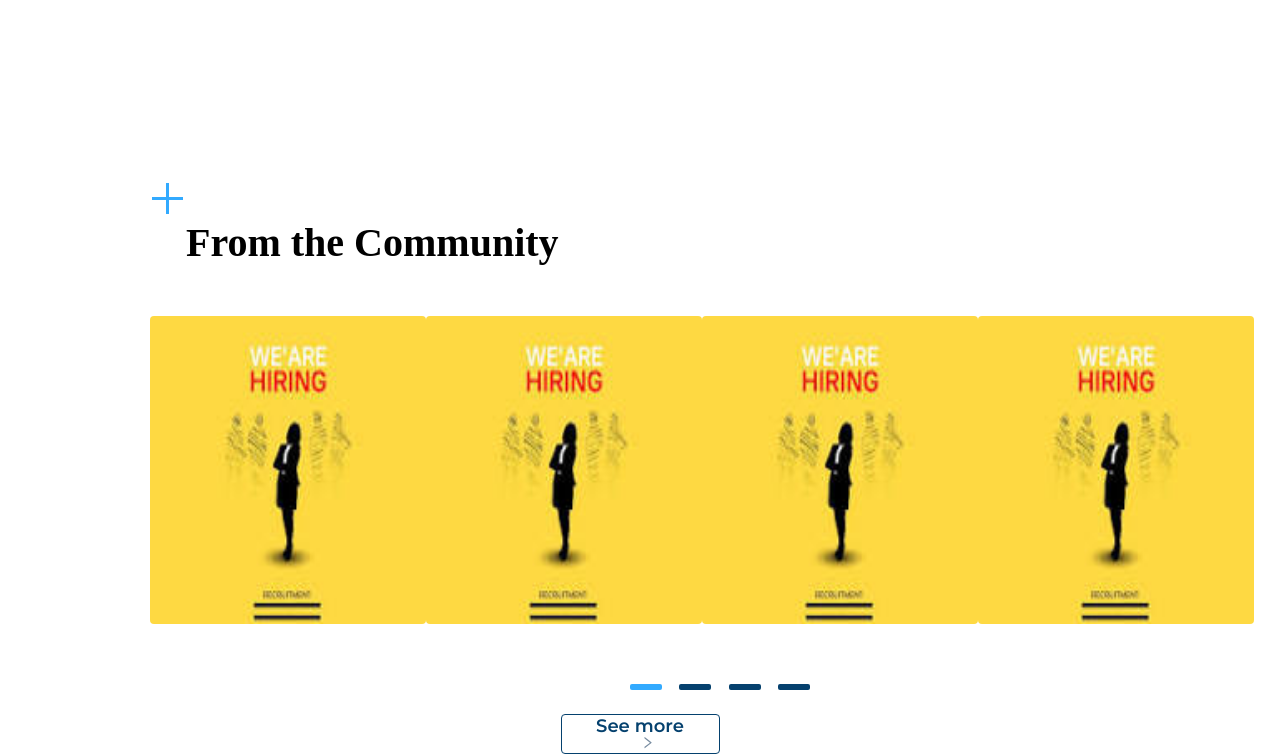
Repository: shekharyadav638/OSL_Assignment_1
Page: index.html
An editor plug-in stored every save of this project. The page is shown before and after the next save, followed by the edit.
The browser window is 1280 px wide. The pictures show the whole page.
The style sheet was rebuilt from its Sass, Less or Tailwind sources for each picture, by a compiler version that may differ from the author's.

Above is the page before, as saved 2024-07-14 08:37:06.

### index.html
<!DOCTYPE html PUBLIC "-//W3C//DTD HTML 4.01 Transitional//EN" "http://www.w3.org/TR/html4/loose.dtd">
<html>
  <head>
    <meta http-equiv="Content-Type" content="text/html; charset=ISO-8859-1" />
    <title>Assignment 1</title>
    <link rel="stylesheet" href="style.css" />
    <link rel="preconnect" href="https://fonts.googleapis.com" />
    <link rel="preconnect" href="https://fonts.gstatic.com" crossorigin />
    <link
      href="https://fonts.googleapis.com/css2?family=Montserrat:ital,wght@0,100..900;1,100..900&display=swap"
      rel="stylesheet"
    />
  </head>
  <body>
    <!-- <header>
      <div class="header">
        <div class="header_left">
          <div class="header_left_logo"></div>
          <span class="header_left_title">Thinkin Blue</span>
        </div>
        <div class="header_right">
          <ul class="header_right_list">
            <li class="header_right_list_item">
              <a href="#">Home</a>
            </li>
            <li class="header_right_list_item"><a href="#">About Us</a></li>
            <li class="header_right_list_item"><a href="#">Work</a></li>
            <li class="header_right_list_item">
              <a href="#">ThinkinBlue Business</a>
            </li>
          </ul>
          <button class="header_right_btn">Login</button>
        </div>
      </div>
    </header>
    <section class="banner">
      <div class="banner_left">
       <p class="banner_left_text">The career network <br> for workers</p>
       <div class="banner_left_input">
        <input type="text" placeholder="Search Better Opportunites" class="banner_left_input_box"></input>
        <img src="img/location.svg" alt="location-icon" class="banner_left_input_icon">
       </div>
       <div class="banner_left_categories">
        <hr>
        <div class="banner_left_categories_title">100+ Job Opportunities</div>
        <div class="banner_left_categories_list">
          <div class="banner_left_categories_list_above">
            <div class="banner_left_categories_list_above_item"> Precision Production</div>
            <div class="banner_left_categories_list_above_item"> Helpers</div>
            <div class="banner_left_categories_list_above_item"> Front-line Supervisors</div>
            <div class="banner_left_categories_list_above_item"> Machine operators & Supervisors</div>
          </div>
          <div class="banner_left_categories_list_below">
            <div class="banner_left_categories_list_below_item"> Machine operators</div>
            <div class="banner_left_categories_list_below_item"> Handlers</div>
            <div class="banner_left_categories_list_below_item"> Transportation & moving occupations</div>
            <div class="banner_left_categories_list_below_item"> See all</div>
          </div>
        </div>
        <div >
          <button class="banner_left_categories_button">Join ThinkinBlue</button>
        </div>
       </div>
      </div>
      <div class="banner_right">
        <img src="img/banner_right.png" alt="banner_right" class="banner_right_img"></img>
      </div>
    </section> -->
    <section class="hiring">
      <div class="hiring_top">
        <div class="hirinf_top_icon">
          <img src="img/plus_icon.svg" alt="plus_icon" />
        </div>
        <div class="hiring_top_heading">From the Community</div>
      </div>
      <div class="hiring_body">
        <div class="hiring_body_img">
          <img src="img/hiring.jpeg" alt="hiring" />
        </div>
        <div class="hiring_body_img">
          <img src="img/hiring.jpeg" alt="hiring" />
        </div>
        <div class="hiring_body_img">
          <img src="img/hiring.jpeg" alt="hiring" />
        </div>
        <div class="hiring_body_img">
          <img src="img/hiring.jpeg" alt="hiring" />
        </div>
      </div>
      <div class="hiring_footer">
        <div class="hiring_footer_slide">
          <div class="hiring_footer_slide_1"></div>
          <div class="hiring_footer_slide_2"></div>
          <div class="hiring_footer_slide_2"></div>
          <div class="hiring_footer_slide_2"></div>
        </div>
        <div class="hiring_footer_btn">
          <button>
            See more
            <span><img src="img/right_arrow.svg" alt="arrow" /></span>
          </button>
        </div>
      </div>
    </section>
  </body>
</html>

### style.scss
* {
  margin: 0;
  padding: 0;
}
.body {
  width: 1440px;
  opacity: 1;
  overflow-x: hidden;
}

@import "header";
@import "banner";
@import "hiring";

### header.scss
.header {
  background: transparent;
  position: fixed;
  display: flex;
  align-content: center;
  width: 1140px;
  height: 86px;
  opacity: 1;
  margin: 16px 150px;
  &_left {
    align-items: center;
    display: flex;
    opacity: 1;

    &_logo {
      width: 52px;
      height: 52px;
      background: #ffffff 0% 0% no-repeat padding-box;
      opacity: 1;
    }

    &_title {
      padding-left: 5px;
      text-align: left;
      font: normal normal bold 21px/28px Segoe UI;
      width: 113px;
      height: 28px;
      letter-spacing: 0px;
      color: #150303;
      opacity: 1;
    }
  }

  &_right {
    margin-left: 261px;
    align-items: center;
    display: flex;
    gap: 66px;
    &_list {
      list-style: none;
      display: flex;
      gap: 76px;
      align-items: center;

      &_item {
        text-align: left;
        font: normal normal normal 14px/11px Montserrat;
        letter-spacing: 0px;
        padding: 17px 0;
        color: #ffffff;
        opacity: 1;
      }
    }
    &_btn {
      background: #ffc832 0% 0% no-repeat padding-box;
      border-radius: 4px;
      opacity: 1;
      padding: 8px 33px;
      text-align: left;
      font: normal normal 600 18px Montserrat;
      letter-spacing: 0px;
      color: #05416e;
      opacity: 1;
    }
  }
}

.banner {
  &_img {
    width: 100%;
    height: 100%;
    background-position: center;
  }
}

### _banner.scss
.banner {
  background-image: url(img/banner.png);
  width: 100%;
  height: 100vh;
  background-size: cover;
  background-position: center;
  background-repeat: no-repeat;
  display: flex;

  &_left {
    margin-top: 156px;
    margin-bottom: 80px;
    margin-left: 150px;
    &_text {
      text-align: left;
      font: normal normal bold 80px/80px Adobe Caslon Pro;
      letter-spacing: 0.8px;
      color: #ffffff;
      opacity: 1;
    }

    &_input {
      display: flex;
      align-items: center;
      margin-top: 60px;
      width: 756px;
      height: 74px;
      background: #37b5d8 0% 0% no-repeat padding-box;
      box-shadow: 0px 10px 20px #07668b;
      border-radius: 6px;

      ::placeholder {
        font: italic normal normal 28px/36px Montserrat;
        letter-spacing: 0px;
        color: #ebebeb;
        opacity: 1;
        padding-top: 13px;
        padding-bottom: 13px;
        align-content: center;
        padding-left: 24px;
      }

      &_box {
        background: #ffffff 0% 0% no-repeat padding-box;
        border-radius: 4px;
        margin-left: 8px;
        border: none;
        opacity: 1;
        width: 669px;
        height: 60px;
      }
    }

    &_categories {
      width: 717px;
      height: 112px;
      & hr {
        margin-top: 30px;
        margin-bottom: 40px;
        color: #37b5d8;
        width: 756px;
      }
      &_title {
        width: 250px;
        height: 22px;
        text-align: left;
        font: normal normal bold 18px/24px Montserrat;
        letter-spacing: 0px;
        color: #ffffff;
        opacity: 1;
      }

      &_list {
        margin-top: 15px;
        margin-right: 73px;
        &_above {
          display: flex;
          justify-content: space-between;
          &_item {
            background: #32aaff 0% 0% no-repeat padding-box;
            border: 1px solid #ffffff;
            border-radius: 20px;
            opacity: 0.8;
            height: 15 px;
            padding-left: 14px;
            padding-right: 14px;
            padding-top: 7px;
            padding-bottom: 8px;
            text-align: left;
            font: italic normal normal 12px/24px Montserrat;
            letter-spacing: 0px;
            color: #ffffff;
            opacity: 1;
          }
        }
        &_below {
          margin-top: 15px;
          margin-right: 64px;
          display: flex;
          justify-content: space-between;
          &_item {
            background: #32aaff 0% 0% no-repeat padding-box;
            border: 1px solid #ffffff;
            border-radius: 20px;
            opacity: 0.8;
            height: 15 px;
            padding-left: 14px;
            padding-right: 14px;
            padding-top: 7px;
            padding-bottom: 8px;
            text-align: left;
            font: italic normal normal 12px/24px Montserrat;
            letter-spacing: 0px;
            color: #ffffff;
            opacity: 1;
          }
        }
      }

      &_button {
        margin-top: 40px;
        width: 180px;
        height: 45px;
        background: #ffc832 0% 0% no-repeat padding-box;
        border: none;
        padding: 13px 21px;
        opacity: 1;
        font: normal normal 600 15px/15px Montserrat;
        letter-spacing: 0px;
        color: #05416e;
        opacity: 1;
      }
    }
  }

  &_right {
    &_img {
      position: absolute;
      top: 0;
      left: 650px;
      margin-top: 140px;
    }
  }
}

### _hiring.scss
.hiring {
  margin: 180px 150px;
  margin-bottom: 0;

  &_top {
    display: flex;
    flex-direction: column;
    width: 411px;
    margin-bottom: 60px;
    &_icon {
      width: 36px;
      height: 36px;
    }

    &_heading {
      margin-left: 36px;
      width: 375px;
      height: 40px;
      font: normal normal bold 40px/54px Adobe Caslon Pro;
      letter-spacing: 0px;
      color: #000000;
      opacity: 1;
    }
  }

  &_body {
    display: flex;
    justify-content: space-between;
    &_img {
      & img {
        width: 276px;
        height: 308px;
        border-radius: 4px;
        opacity: 1;
      }
    }
  }

  &_footer {
    margin-top: 60px;

    &_slide {
      display: flex;
      width: 180px;
      height: 10px;
      justify-content: space-between;
      margin-left: 480px;
      &_1 {
        width: 32px;
        height: 6px;
        background: #32aaff 0% 0% no-repeat padding-box;
        border-radius: 2px;
        opacity: 1;
      }
      &_2 {
        width: 32px;
        height: 6px;
        background: #05416e 0% 0% no-repeat padding-box;
        border-radius: 2px;
        opacity: 1;
      }
    }

    &_btn {
      margin-top: 20px;
      display: flex;
      align-items: center;
      justify-content: center;

      & button {
        width: 159px;
        height: 40px;
        background: #ffffff 0% 0% no-repeat padding-box;
        border: 1px solid #05416e;
        border-radius: 4px;
        opacity: 1;
        font: normal normal 600 18px/17px Montserrat;
        letter-spacing: 0px;
        color: #05416e;
        padding-left: 20px;
        padding-right: 20px;

        & span {
          & img {
            width: 16px;
            height: 16px;
            margin-left: 15px;
          }
        }
      }
    }
  }
}

After the next save:
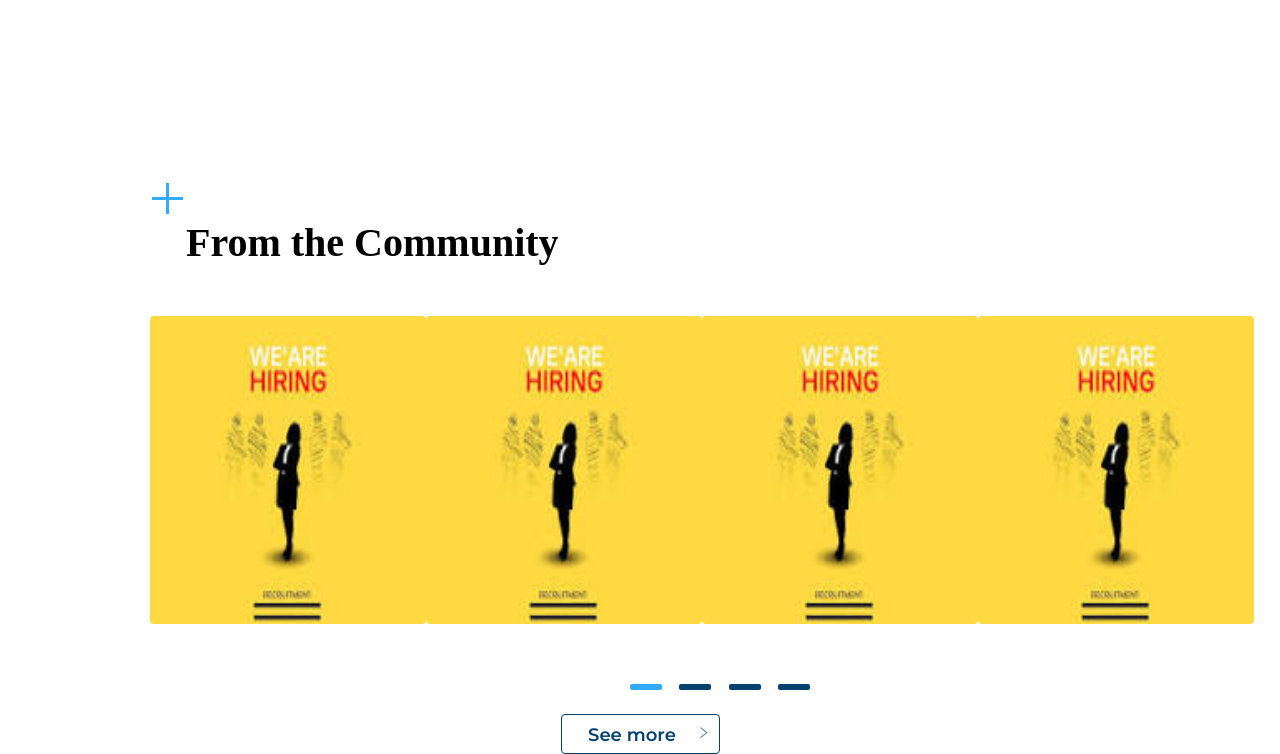
Saved 74 s later.
--- a/_hiring.scss
+++ b/_hiring.scss
@@ -78,7 +78,6 @@
         letter-spacing: 0px;
         color: #05416e;
         padding-left: 20px;
-        padding-right: 20px;
 
         & span {
           & img {
